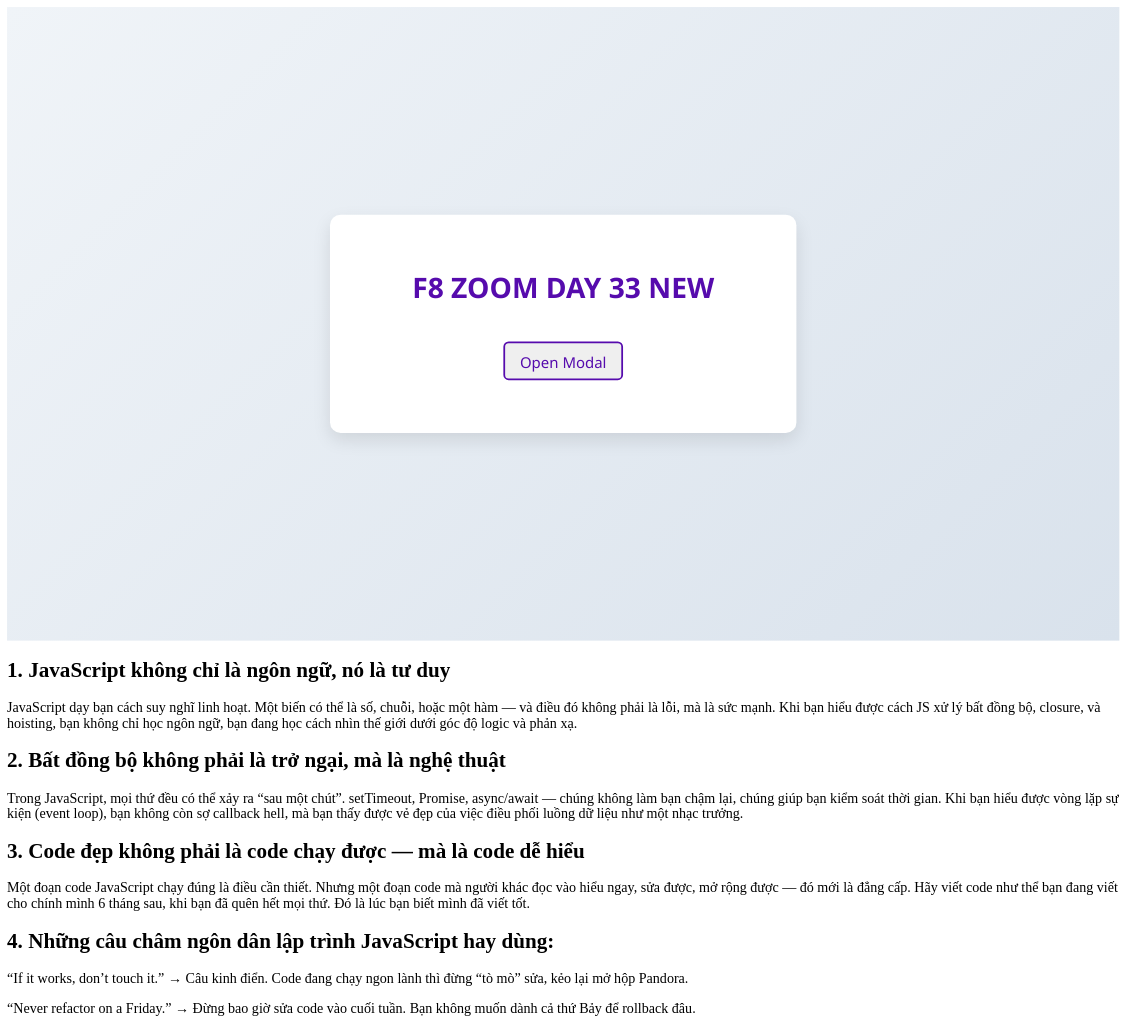
Repository: lannguyen1301/f8-zoom-day-33-new
Page: index.html
These files come from the project's save history. The page is drawn as it stood at one moment and after the next save; the edit follows.
The browser window is 1280 px wide. The pictures show the whole page, at 88% of full size.

Above is the page before, as saved 2025-08-07 23:11:23.

### index.html
<!DOCTYPE html>
<html lang="en">

<head>
    <meta charset="UTF-8">
    <meta name="viewport" content="width=device-width, initial-scale=1.0">
    <title>F8 ZOOM DAY 33 NEW</title>
    <link rel="stylesheet" href="./assets/css/style.css">

</head>

<body>
    <div class="main">
        <div class="card">
            <h1 class="title">F8 ZOOM DAY 33 NEW</h1>
            <button id="open-modal">Open Modal</button>
        </div>
    </div>

    <!-- App Modal -->
    <app-modal>
    </app-modal>


    <script type="module" src="./main.js"></script>
</body>

</html>

<h2>
    1. JavaScript không chỉ là ngôn ngữ, nó là tư duy
</h2>
<p>
    JavaScript dạy bạn cách suy nghĩ linh hoạt. Một biến có thể là số, chuỗi, hoặc một hàm — và điều đó không phải là
    lỗi, mà là sức mạnh. Khi bạn hiểu được cách JS xử lý bất đồng bộ, closure, và hoisting, bạn không chỉ học ngôn ngữ,
    bạn đang học cách nhìn thế giới dưới góc độ logic và phản xạ.
</p>

<h2>
    2. Bất đồng bộ không phải là trở ngại, mà là nghệ thuật
</h2>
<p>
    Trong JavaScript, mọi thứ đều có thể xảy ra “sau một chút”. setTimeout, Promise, async/await — chúng không làm bạn
    chậm lại, chúng giúp bạn kiểm soát thời gian. Khi bạn hiểu được vòng lặp sự kiện (event loop), bạn không còn sợ
    callback hell, mà bạn thấy được vẻ đẹp của việc điều phối luồng dữ liệu như một nhạc trưởng.
</p>

<h2>
    3. Code đẹp không phải là code chạy được — mà là code dễ hiểu
</h2>
<p>
    Một đoạn code JavaScript chạy đúng là điều cần thiết. Nhưng một đoạn code mà người khác đọc vào hiểu ngay, sửa được,
    mở rộng được — đó mới là đẳng cấp. Hãy viết code như thể bạn đang viết cho chính mình 6 tháng sau, khi bạn đã quên
    hết mọi thứ. Đó là lúc bạn biết mình đã viết tốt.
</p>

<h2>
    4. Những câu châm ngôn dân lập trình JavaScript hay dùng:
</h2>
<p>
    “If it works, don’t touch it.” → Câu kinh điển. Code đang chạy ngon lành thì đừng “tò mò” sửa, kẻo lại mở hộp
    Pandora.
</p>
<p>
    “Never refactor on a Friday.” → Đừng bao giờ sửa code vào cuối tuần. Bạn không muốn dành cả thứ Bảy để rollback đâu.
</p>

### assets/css/style.css
.main {
    margin: 0;
    height: 100vh;
    display: flex;
    justify-content: center;
    align-items: center;
    background: linear-gradient(135deg, #f0f4f8, #d9e2ec);
    font-family: "Segoe UI", sans-serif;
}

.card {
    background: white;
    padding: 40px;
    border-radius: 12px;
    box-shadow: 0 8px 20px rgba(0, 0, 0, 0.1);
    text-align: center;
    min-width: 450px;
}

.card h1 {
    margin-bottom: 20px;
    color: #560bad;
}

/* From Uiverse.io by cssbuttons-io */
button {
    --color: #560bad;
    font-family: inherit;
    display: inline-block;
    width: 8em;
    height: 2.6em;
    line-height: 2.5em;
    margin: 20px;
    position: relative;
    cursor: pointer;
    overflow: hidden;
    border: 2px solid var(--color);
    transition: color 0.5s;
    z-index: 0;
    font-size: 17px;
    border-radius: 6px;
    font-weight: 500;
    color: var(--color);
}
button:before {
    content: "";
    position: absolute;
    z-index: -1;
    background: var(--color);
    height: 150px;
    width: 200px;
    border-radius: 50%;
}

button:hover {
    color: #fff;
}

button:before {
    top: 100%;
    left: 100%;
    transition: all 0.7s;
}

button:hover:before {
    top: -30px;
    left: -30px;
}

button:active:before {
    background: #3a0ca3;
    transition: background 0s;
}

span {
    display: block;
    width: 50px;
    height: 50px;
    border-radius: 50%;
    background: #f0f0f0;
    text-align: center;
    color: #560bad;
    font-size: 2rem;
    margin-left: auto;
    margin-right: 0;
    border: 1px solid #560bad;
}

### main.js
import "./Components/app-modal.js";

// Open Modal

// Lấy nút mở modal từ DOM để gắn sự kiện click.
const openModalBtn = document.querySelector("#open-modal");

// Truy cập trực tiếp vào custom element <app-modal>
// để gọi các phương thức như .open() và .close().
const appModal = document.querySelector("app-modal");
console.log(appModal); //Debug: kiểm tra xem phần tử đã được lấy đúng chưa.

// Lắng nghe sự kiện close do modal phát ra (có thể từ nút Cancel, nút X, hoặc phím Escape).
appModal.addEventListener("close", () => {
    // code...
    // alert("Da dong");
    appModal.close();
    // Gọi appModal.close() để thực hiện đóng modal
});

// bấm nút “Open Modal”, gọi appModal.open() để hiển thị modal.
openModalBtn.addEventListener("click", () => {
    appModal.open();
});

### Components/app-modal.js
class AppModal extends HTMLElement {
    constructor() {
        super();
        this.attachShadow({ mode: "open" });
    }

    open() {
        const template = document.createElement("template");

        // cach 1
        template.setAttribute("id", "app-modal-tpl");

        /**
         * cach 2
          template.id = "app-modal-tpl";
         */
        //

        template.innerHTML = `

        <!-- Thêm CSS Internals -->
        <style>
            * {
                padding: 0;
                margin: 0;
                box-sizing: border-box;
            }

            :host {
                --app-modal-heading-color: #560bad;
                --app-modal-padding: 60px
                    /* màu mặc định đang là màu đỏ */
            }

            .main {
            margin: 0;
            height: 100vh;
            display: flex;
            justify-content: center;
            align-items: center;
            background: linear-gradient(135deg, #f0f4f8, #d9e2ec);
            font-family: "Segoe UI", sans-serif;
            }

            .card {
                background: white;
                padding: 40px;
                border-radius: 12px;
                box-shadow: 0 8px 20px rgba(0, 0, 0, 0.1);
                text-align: center;
                min-width: 450px;
            }

            .card h1 {
                margin-bottom: 20px;
                color: #560bad;
            }

            /* From Uiverse.io by cssbuttons-io */
            button {
                --color: #560bad;
                font-family: inherit;
                display: inline-block;
                width: 8em;
                height: 2.6em;
                line-height: 2.5em;
                margin: 20px;
                position: relative;
                cursor: pointer;
                overflow: hidden;
                border: 2px solid var(--color);
                transition: color 0.5s;
                z-index: 0;
                font-size: 17px;
                border-radius: 6px;
                font-weight: 500;
                color: var(--color);
            }
            button:before {
                content: "";
                position: absolute;
                z-index: -1;
                background: var(--color);
                height: 150px;
                width: 200px;
                border-radius: 50%;
            }

            button:hover {
                color: #fff;
            }

            button:before {
                top: 100%;
                left: 100%;
                transition: all 0.7s;
            }

            button:hover:before {
                top: -30px;
                left: -30px;
            }

            button:active:before {
                background: #3a0ca3;
                transition: background 0s;
            }

            .modal {
                position: fixed;
                inset: 0;
                display: flex;
                align-items: center;
                justify-content: center;
                flex-direction: column;
                background: rgba(255, 165, 0, 0.6);
                /* code lỗi hãy xoá đoạn này nhé*/
                opacity: 0;
                transform: scale(0.95);
                visibility: hidden;
                pointer-events: none;
                transition: opacity 0.3s ease, transform 0.3s ease;
            }

           /* code lỗi hãy xoá đoạn này nhé*/
            .modal.show {
                opacity: 1;
                transform: scale(1);
                visibility: visible;
                pointer-events: auto;
            }

            .inner {
                min-width: 400px;
                padding: var(--app-modal-padding, 20px);
                border-radius: 10px;
                background: #fff;
                position: relative;

            }

            .header {
                margin-bottom: 20px;
            }

            .content {
                margin-bottom: 20px;
                line-height: 1.5rem
            }

            .heading {
                color: var(--app-modal-heading-color, red);
            }

            .header, .content, .footer {
                background: #e1e1e1;
                padding: 20px;
                border-radius: 10px;
                border: 1px solid #a9a9a9;
            }

            .modal span.sp-close {
                display: block;
                width: 40px;
                height: 40px;
                border-radius: 50%;
                background: #f0f0f0;
                text-align: center;
                color: #560bad;
                font-size: 1.5rem;
                border: 1px solid #560bad;
                position: absolute;
                top: 12px;
                left: auto;
                right: 20px;
                transition: background 0.5s ease;
            }

            .modal span.sp-close:hover {
                cursor: pointer;
                background: #560bad;
                color: #fff;
                border: 2px solid orange;
            }


            .modal .footer {
            // background-color: red;
            // border-radius: 10px;
            }

        </style>
        <div class="modal">
            <div class="inner">
                <div class="header" slot="header">
                    <div class="circle"></div>
                    <span id="sp-close" class="sp-close">x</span>
                    <h2 class="heading" id="heading">F8 ZOOM DAY 33 Components</h2>
                </div>
                <div class="content" slot="content">
                    <p>Lorem ipsum dolor sit amet consectetur adipisicing elit. Possimus, totam.</p>
                    <p>Lorem ipsum, dolor sit amet consectetur adipisicing elit. Praesentium voluptas veniam ea in magni
                        temporibus.
                    </p>
                    <p>Lorem, ipsum dolor sit amet consectetur adipisicing elit. Sapiente aspernatur quod suscipit? Voluptas
                        quae ea
                        dolorem vero. Omnis, eius soluta!</p>
                </div>

                <div class="footer" extends ParentClass { super() } slot="footer">
                    <button id="close-btn">Cancel</button>
                    <button>Confirm</button>
                </div>
            </div>
        </div>
        `;

        const templateContent = template.content.cloneNode(true);
        // template.content: truy câp vào nội dung bên trong thẻ template, tạo bản copy toàn bộ nội dung bên trong thẻ template.

        this.shadowRoot.appendChild(templateContent);
        // Gắn nội dung đã clone vào shadowRoot của component.

        const modal = this.shadowRoot.querySelector(".modal");
        const closeBtn = this.shadowRoot.querySelector(".sp-close"); // dau X de dong modal
        if (!closeBtn) console.warn("Không tìm thấy nút đóng (X)");

        const cancelBtn = this.shadowRoot.querySelector("#close-btn"); // button cancel
        if (!cancelBtn) console.warn("Không tìm thấy nút Cancel");

        // Hiển thị modal
        requestAnimationFrame(() => {
            modal.classList.add("show");
            // requestAnimationFrame là hàm có sẵn trong js tạo chuyển động mượt mà
            // requestAnimationFrame: Đảm bảo class .show được thêm sau khi DOM render xong
        });

        // Đóng modal khi bấm nút X
        closeBtn.addEventListener("click", () => this.close());

        // Đóng modal khi bấm nút Cancel
        cancelBtn.addEventListener("click", () => this.close());

        // cách 2
        // cancelBtn.onclick = () => {
        //     this.close(); // this = appModal
        // };
        // console.log(cancelBtn);

        // đóng modal khi dùng phím esc
        const escHandler = (e) => {
            if (e.key === "Escape") this.close();
        };

        document.addEventListener("keydown", escHandler);

        // Đóng khi click ra ngoài
        modal.addEventListener("click", (e) => {
            if (e.target === modal) this.close();
        });

        // Lưu lại để cleanup khi đóng
        this._escHandler = escHandler;

        console.log(templateContent); // debug
    }

    close() {
        // tìm phần tử modal trong shadow DOM thông qua truy vấn class modal
        const modal = this.shadowRoot.querySelector(".modal");

        // Nếu không tìm thấy modal thì thoát luôn
        if (!modal) {
            console.warn("Không tìm thấy modal để đóng.");
            return;
        }

        // gỡ class show khỏi modal
        modal.classList.remove("show");

        // Sau khi transition xong thì xoá modal khỏi DOM
        requestAnimationFrame(() => {
            modal.addEventListener(
                "transitionend",
                () => {
                    this.shadowRoot.innerHTML = "";
                },
                { once: true }

                // transitionend: Lắng nghe khi hiệu ứng kết thúc để xoá modal khỏi DOM
            );

            // Cleanup sự kiện
            document.removeEventListener("keydown", this._escHandler);
            // escHandler	Lưu lại hàm xử lý Escape để có thể xoá khi đóng
        });
    }
}

// Call Function
customElements.define("app-modal", AppModal);

After the next save:
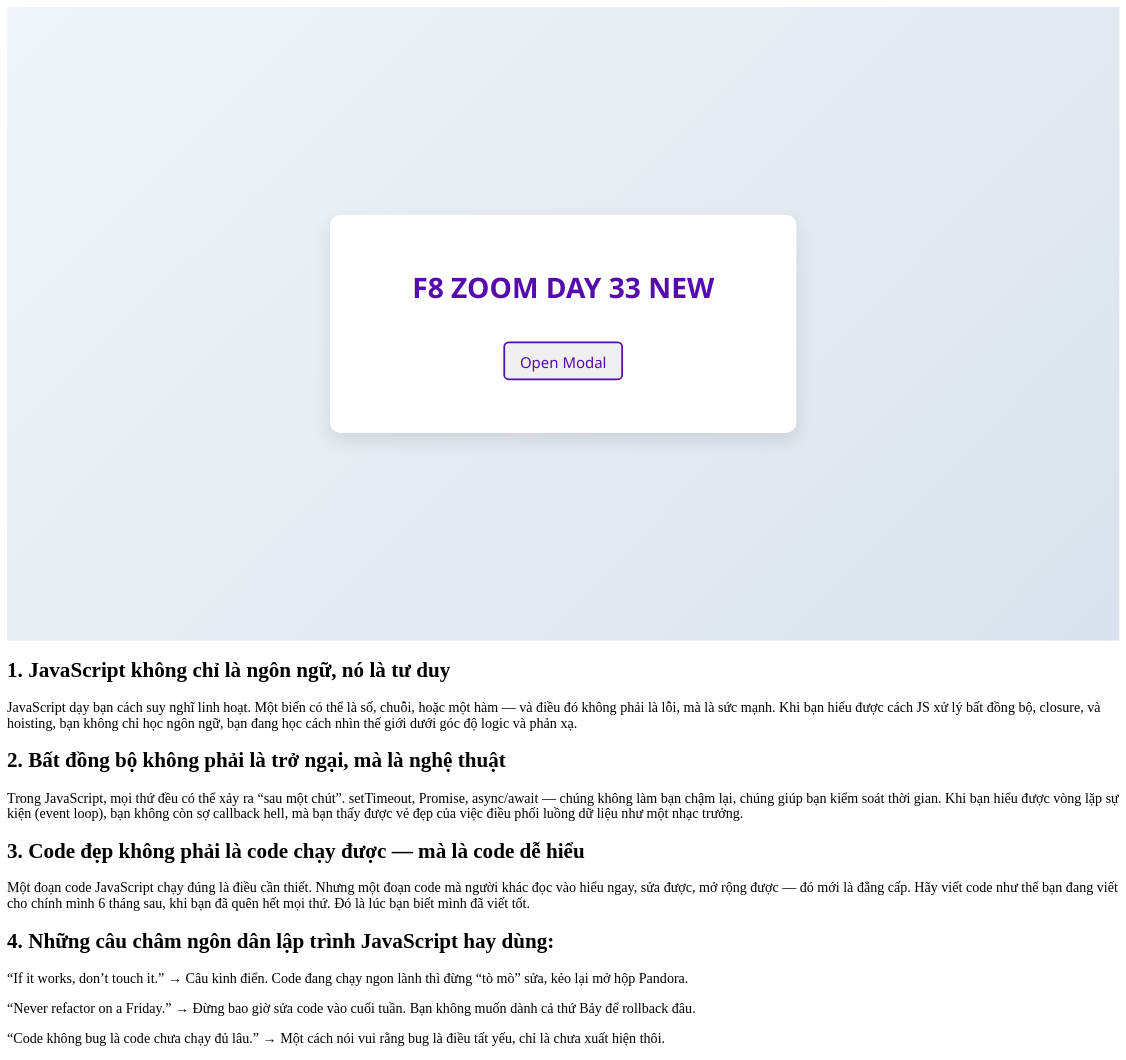
Saved 21 s later.
--- a/index.html
+++ b/index.html
@@ -64,3 +64,6 @@
 <p>
     “Never refactor on a Friday.” → Đừng bao giờ sửa code vào cuối tuần. Bạn không muốn dành cả thứ Bảy để rollback đâu.
 </p>
+<p>
+    “Code không bug là code chưa chạy đủ lâu.” → Một cách nói vui rằng bug là điều tất yếu, chỉ là chưa xuất hiện thôi.
+</p>
